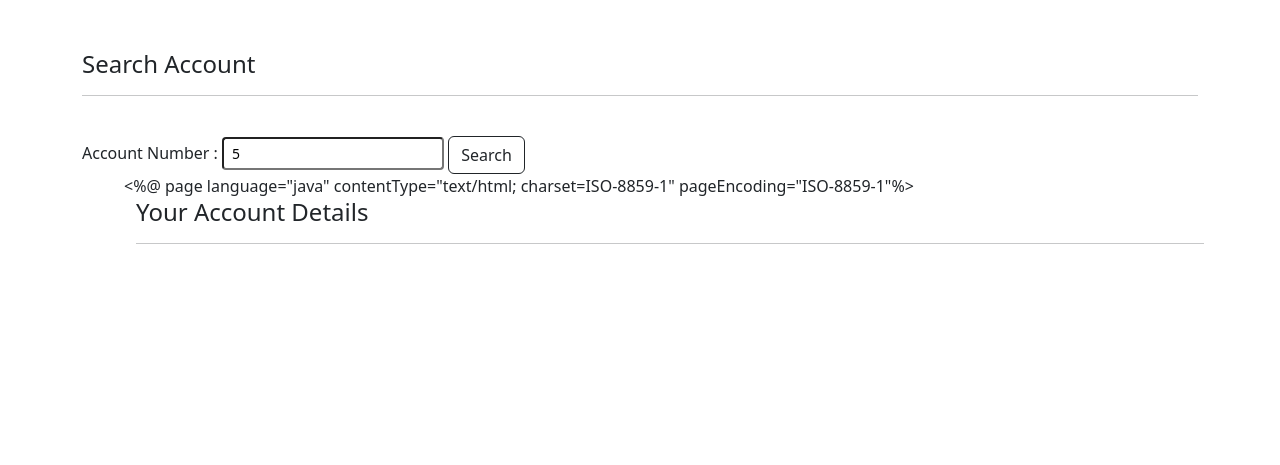
Repository: Kapil-06/My-Java-Projects
Page: AJAX Module/src/main/webapp/SearchAccountUsingAjax.html
The author's editor kept a copy of each file at every save. The page is drawn from the files as they stood at one save, then again after the next save.
The browser window is 1280 px wide. The pictures show the whole page.
Empty fields were first filled with sample values (such as "Sample", 5 or name@example.com).
After loading, the first visible `input.btn` was clicked once.

Above is the page before, as saved 2023-06-12 05:31:56.

### AJAX Module/src/main/webapp/SearchAccountUsingAjax.html
<!DOCTYPE html>
<html>
<head>
<meta charset="ISO-8859-1">
<title>SelectAccount</title>
<link rel="stylesheet" href="bootstrap.min.css">
<script type="text/javascript">
    function createRequestObject() {
        var tmpXmlHttpObject;
        if (window.XMLHttpRequest) {
                tmpXmlHttpObject = new XMLHttpRequest();
        } else if (window.ActiveXObject) {
            tmpXmlHttpObject = new ActiveXObject("Microsoft.XMLHTTP");
        }

        return tmpXmlHttpObject;
    }


    var http = createRequestObject();

    function makeGetRequest() {
        no=document.frm.accno.value;
        http.open('get', 'ShowAccountInfo.jsp?accno=' + no);
        http.onreadystatechange = processResponse;
        http.send(null);
    }

    function processResponse() {
        if(http.readyState == 4){
            var response = http.responseText;
            document.getElementById('res').innerHTML = response;
        }
    }
</script>
</head>
<body style="margin-top: 50px;">
    <div class="container">
        <h4>Search Account</h4>
        <hr>
        <br>
        <form name="frm">
            Account Number :
            <input type="number" name="accno" class="form-control-sm">
            <input type="button" value="Search" class="btn btn-outline-dark" onclick="makeGetRequest()">
        </form>
		<div class="container" style="margin-left: 30px;" id="res"></div>
    </div>

</body>
</html>

Loaded but not shown: AJAX Module/src/main/webapp/bootstrap.min.css (library)

After the next save:
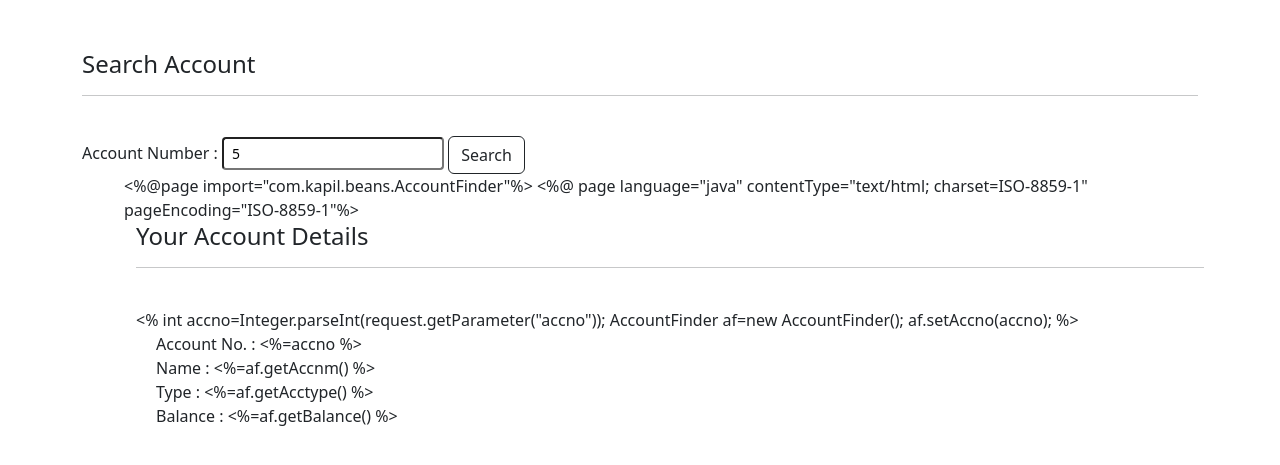
Saved 101 s later.
--- a/AJAX Module/src/main/webapp/SearchAccountUsingAjax.html
+++ b/AJAX Module/src/main/webapp/SearchAccountUsingAjax.html
@@ -21,7 +21,7 @@
 
     function makeGetRequest() {
         no=document.frm.accno.value;
-        http.open('get', 'ShowAccountInfo.jsp?accno=' + no);
+        http.open('get', 'ShowAccountDetails.jsp?accno=' + no);
         http.onreadystatechange = processResponse;
         http.send(null);
     }
